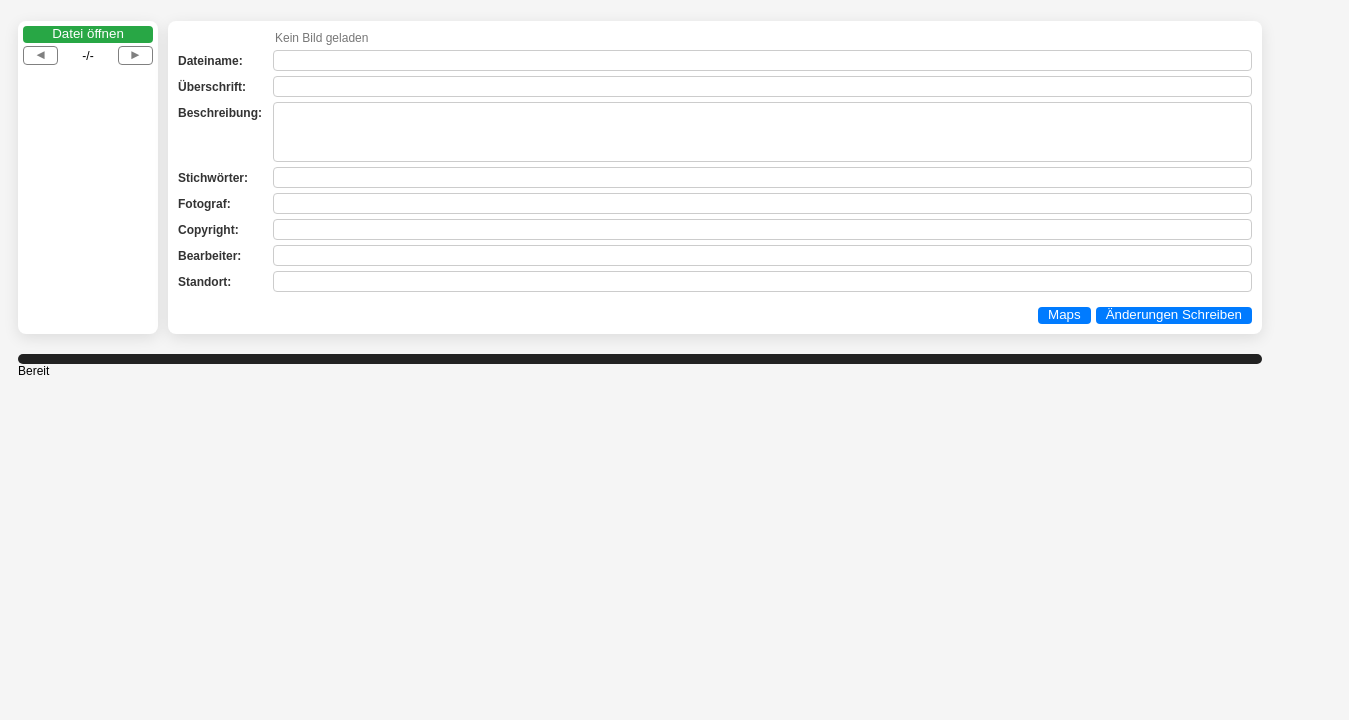
Repository: h-fahle/metadata
Page: ui/index.html
These files come from the project's save history. The page is drawn as it stood at one moment and after the next save; the edit follows.
The browser window is 1280 px wide. The page is 1349 px wide, so the pictures cover 1349 px, including what lies to the right of the window. The pictures show the whole page.

Above is the page before, as saved 2026-08-19 10:45:10.

After the next save:
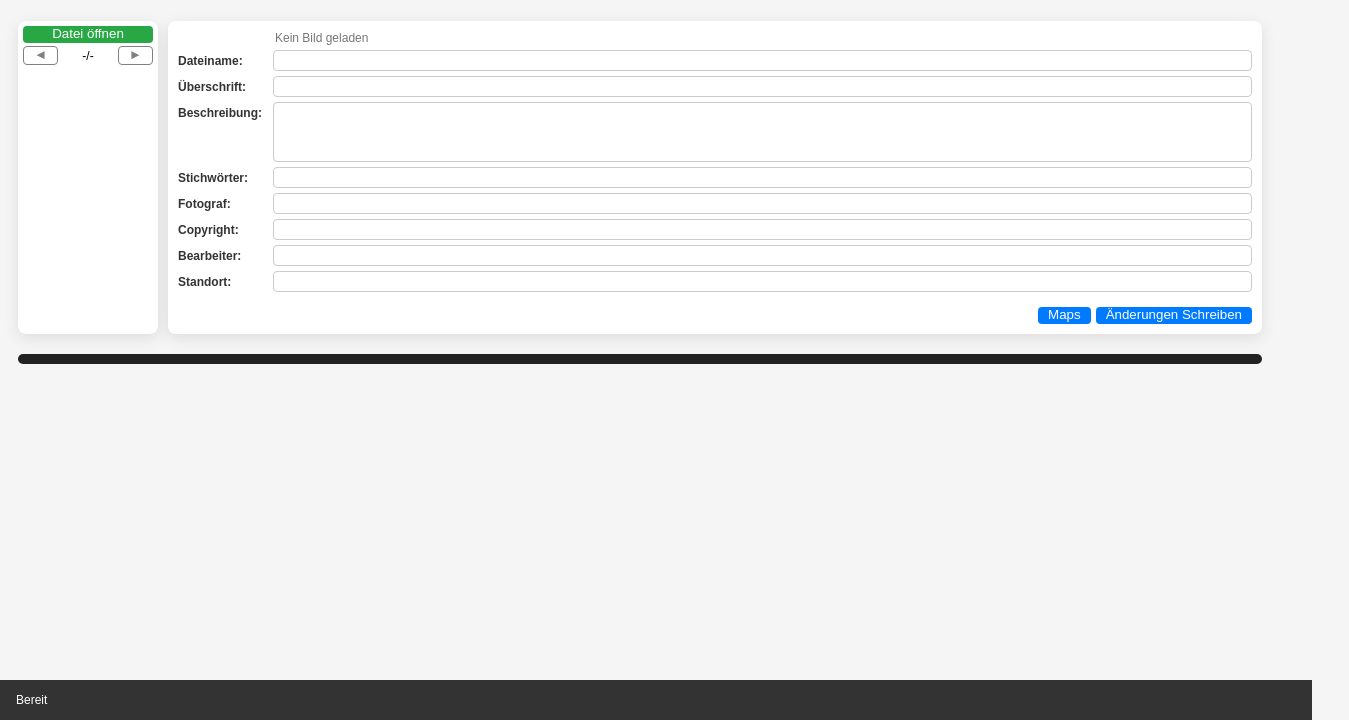
Saved 1 s later.
--- a/ui/style.css
+++ b/ui/style.css
@@ -233,3 +233,17 @@ textarea:focus {
 	pointer-events: none;
 	/* Verhindert, dass der Tooltip Maus-Klicks oder Hovers abfängt */
 }
+
+.statusleiste {
+  position: fixed;
+  bottom: 0;
+  left: 0;
+  width: 100%;
+  height: 40px;
+  background-color: #333;
+  color: #fff;
+  display: flex;
+  align-items: center;
+  padding: 0 16px;
+  z-index: 1000;
+}

After the 2 saves that followed:
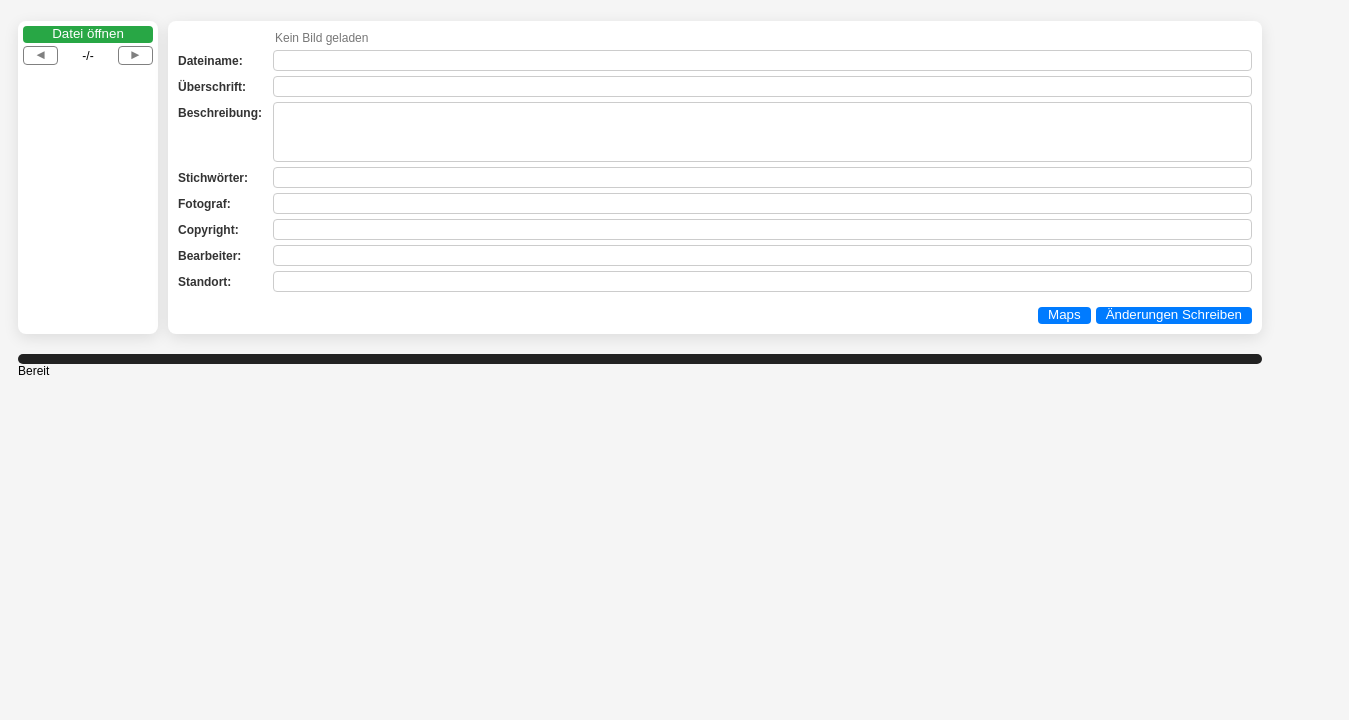
The 2 saves are shown as one change because 1 left the picture as it was.
The last was saved 6 min 39 s later.
--- a/ui/index.html
+++ b/ui/index.html
@@ -116,7 +116,7 @@ Ermitteln der Koordinaten in der Google Maps-Karte:
 
 	<div id="ausgabe"></div>
 
-	<div class="statusleiste">
+	<div id="statusleiste">
     	<span>Bereit</span>
 	</div>
 
--- a/ui/script.js
+++ b/ui/script.js
@@ -113,7 +113,7 @@ async function exifAuslesen() {
         // Wir nehmen das erste Element der Liste (ExifTool liefert immer ein Array)
         // und stellen es schön formatiert im Browser dar
         // ausgabe.innerText = JSON.stringify(datenObjekt[0], null, 2);
-        ausgabe.innerText = jsonText;
+        zeigeStatus(jsonText);
 
         // Wir fragen Rust nach dem besten Weg für das Bild
         const vorschauErgebnis = await window.__TAURI__.core.invoke('hole_vorschaubild', { dateipfad: pfad });
